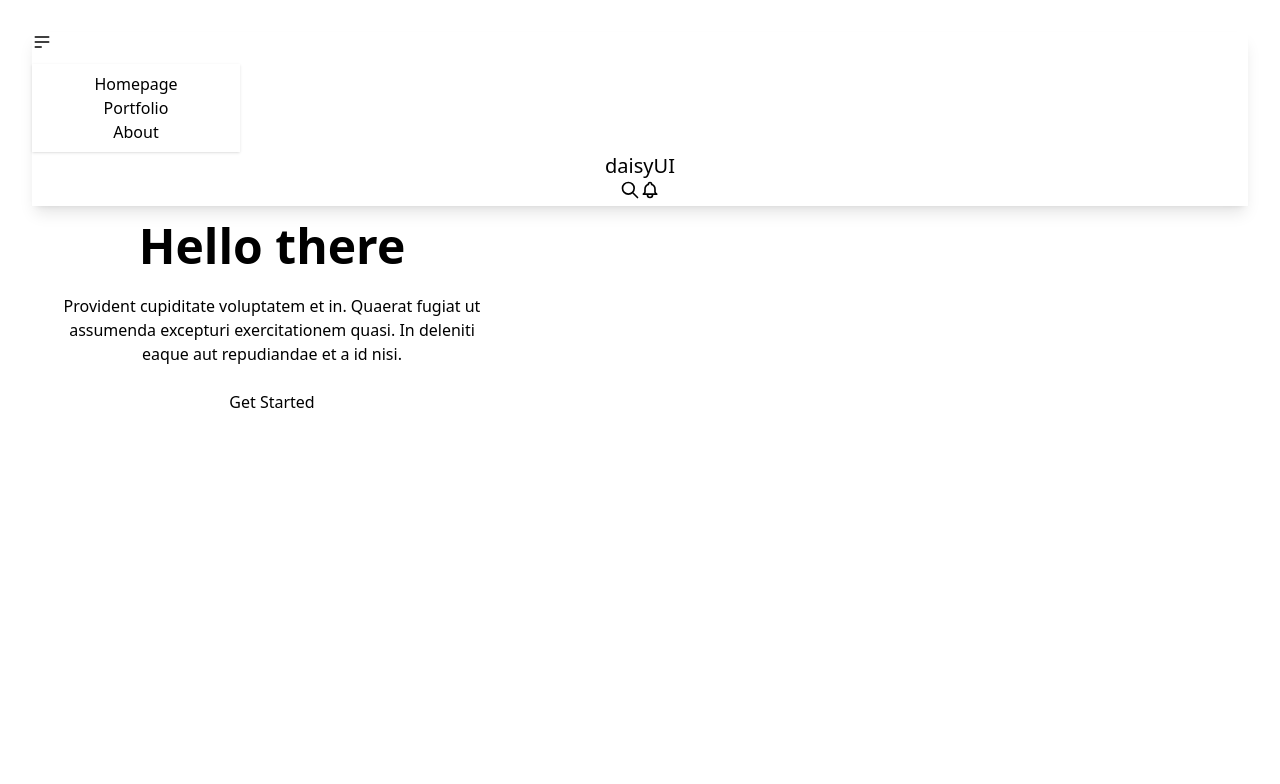
Repository: ROHIT8804/devTinderFrontEnd
Page: /login (app in devTinder-Web/)
These files come from the project's save history. The page is drawn as it stood at one moment and after the next save; the edit follows.
The browser window is 1280 px wide. The pictures show the whole page.
The project was rebuilt for these pictures with package versions that can differ from the ones it lists, and the page was loaded fresh each time. Also part of the build but not shown: devTinder-Web/vite.config.js.

Above is the page before, as saved 2025-07-25 11:45:14.

### devTinder-Web/src/App.jsx
import { useState } from 'react'
import './App.css'

function App() {
  const [count, setCount] = useState(0);

  return (
    <div className="min-h-screen bg-base-200">
      {/* Navigation Bar */}
      <div className="navbar bg-base-100 shadow-lg">
        <div className="navbar-start">
          <div className="dropdown">
            <div tabIndex={0} role="button" className="btn btn-ghost btn-circle">
              <svg
                xmlns="http://www.w3.org/2000/svg"
                className="h-5 w-5"
                fill="none"
                viewBox="0 0 24 24"
                stroke="currentColor"
              >
                <path
                  strokeLinecap="round"
                  strokeLinejoin="round"
                  strokeWidth="2"
                  d="M4 6h16M4 12h16M4 18h7"
                />
              </svg>
            </div>
            <ul
              tabIndex={0}
              className="menu menu-sm dropdown-content bg-base-100 rounded-box z-[1] mt-3 w-52 p-2 shadow"
            >
              <li><a>Homepage</a></li>
              <li><a>Portfolio</a></li>
              <li><a>About</a></li>
            </ul>
          </div>
        </div>

        <div className="navbar-center">
          <a className="btn btn-ghost text-xl">daisyUI</a>
        </div>

        <div className="navbar-end">
          <button className="btn btn-ghost btn-circle">
            <svg
              xmlns="http://www.w3.org/2000/svg"
              className="h-5 w-5"
              fill="none"
              viewBox="0 0 24 24"
              stroke="currentColor"
            >
              <path
                strokeLinecap="round"
                strokeLinejoin="round"
                strokeWidth="2"
                d="M21 21l-6-6m2-5a7 7 0 11-14 0 7 7 0 0114 0z"
              />
            </svg>
          </button>

          <button className="btn btn-ghost btn-circle">
            <div className="indicator">
              <svg
                xmlns="http://www.w3.org/2000/svg"
                className="h-5 w-5"
                fill="none"
                viewBox="0 0 24 24"
                stroke="currentColor"
              >
                <path
                  strokeLinecap="round"
                  strokeLinejoin="round"
                  strokeWidth="2"
                  d="M15 17h5l-1.405-1.405A2.032 2.032 0 0118 14.158V11a6.002 6.002 0 00-4-5.659V5a2 2 0 10-4 0v.341C7.67 6.165 6 8.388 6 11v3.159c0 .538-.214 1.055-.595 1.436L4 17h5m6 0v1a3 3 0 11-6 0v-1m6 0H9"
                />
              </svg>
              <span className="badge badge-xs badge-primary indicator-item"></span>
            </div>
          </button>
        </div>
      </div>

      {/* Main Content */}
      <div className="container mx-auto p-4">
        <div className="hero min-h-96 bg-base-100 rounded-lg">
          <div className="hero-content text-center">
            <div className="max-w-md">
              <h1 className="text-5xl font-bold">Hello there</h1>
              <p className="py-6">
                Provident cupiditate voluptatem et in. Quaerat fugiat ut assumenda excepturi exercitationem
                quasi. In deleniti eaque aut repudiandae et a id nisi.
              </p>
              <button className="btn btn-primary">Get Started</button>
            </div>
          </div>
        </div>
      </div>
    </div>
  );
}

export default App

### devTinder-Web/tailwind.config.js
/** @type {import('tailwindcss').Config} */
export default {
  content: [
    "./index.html",
    "./src/**/*.{js,ts,jsx,tsx}",
  ],
  theme: {
    extend: {},
  },
  plugins: [require("daisyui")],
  daisyui: {
    themes: ["light", "dark", "cupcake"],
    darkTheme: "light", // Set this to "light" for light theme default
    base: true,
    styled: true,
    utils: true,
  },
}

Loaded but not shown: devTinder-Web/index.html (common file); devTinder-Web/src/main.jsx (common file); devTinder-Web/src/index.css (common file); devTinder-Web/src/App.css (common file)

After the next save:
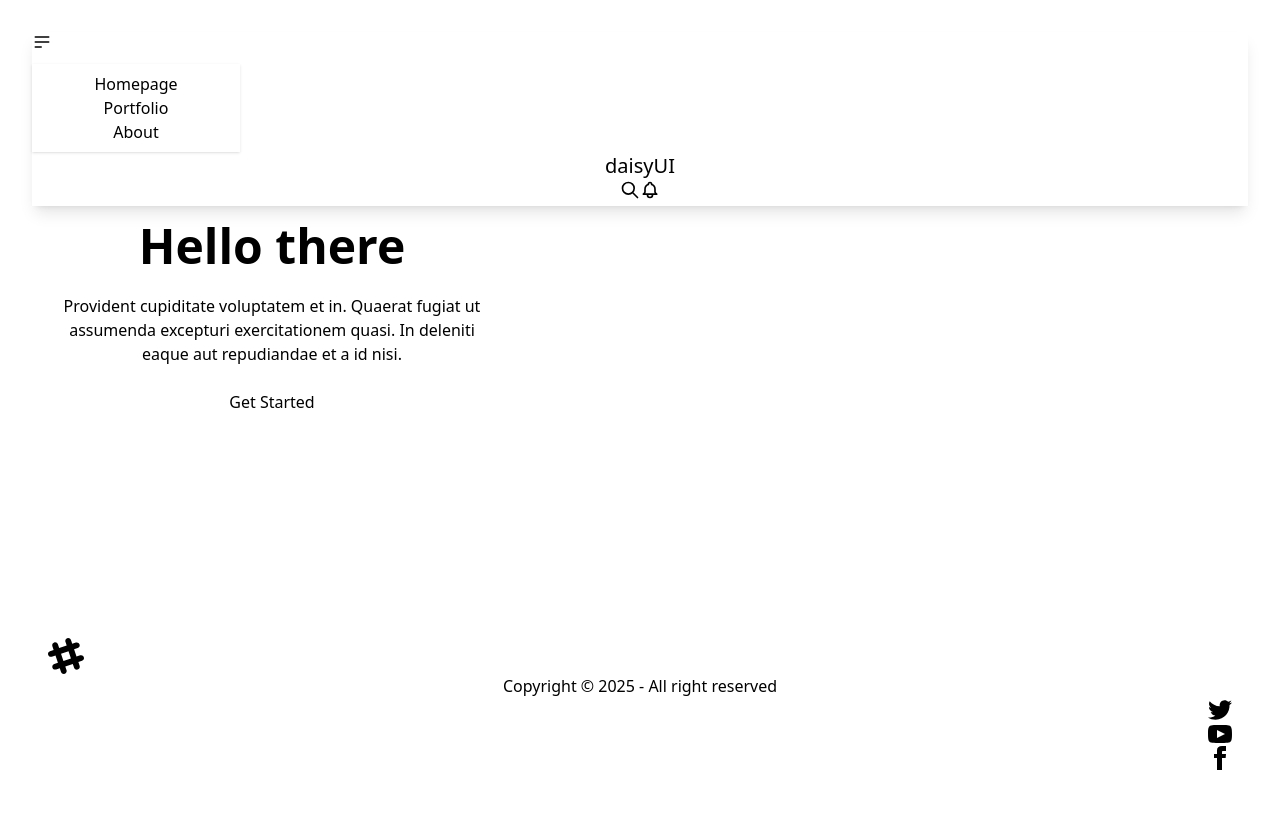
Saved 13 min 32 s later.
--- a/devTinder-Web/src/App.jsx
+++ b/devTinder-Web/src/App.jsx
@@ -1,5 +1,5 @@
-import { useState } from 'react'
-import './App.css'
+import { useState } from "react";
+import "./App.css";
 
 function App() {
   const [count, setCount] = useState(0);
@@ -10,7 +10,11 @@ function App() {
       <div className="navbar bg-base-100 shadow-lg">
         <div className="navbar-start">
           <div className="dropdown">
-            <div tabIndex={0} role="button" className="btn btn-ghost btn-circle">
+            <div
+              tabIndex={0}
+              role="button"
+              className="btn btn-ghost btn-circle"
+            >
               <svg
                 xmlns="http://www.w3.org/2000/svg"
                 className="h-5 w-5"
@@ -30,9 +34,15 @@ function App() {
               tabIndex={0}
               className="menu menu-sm dropdown-content bg-base-100 rounded-box z-[1] mt-3 w-52 p-2 shadow"
             >
-              <li><a>Homepage</a></li>
-              <li><a>Portfolio</a></li>
-              <li><a>About</a></li>
+              <li>
+                <a>Homepage</a>
+              </li>
+              <li>
+                <a>Portfolio</a>
+              </li>
+              <li>
+                <a>About</a>
+              </li>
             </ul>
           </div>
         </div>
@@ -88,16 +98,70 @@ function App() {
             <div className="max-w-md">
               <h1 className="text-5xl font-bold">Hello there</h1>
               <p className="py-6">
-                Provident cupiditate voluptatem et in. Quaerat fugiat ut assumenda excepturi exercitationem
-                quasi. In deleniti eaque aut repudiandae et a id nisi.
+                Provident cupiditate voluptatem et in. Quaerat fugiat ut
+                assumenda excepturi exercitationem quasi. In deleniti eaque aut
+                repudiandae et a id nisi.
               </p>
               <button className="btn btn-primary">Get Started</button>
             </div>
           </div>
         </div>
       </div>
+
+      {/* Footer */}
+      <footer className="footer sm:footer-horizontal bg-neutral text-neutral-content items-center p-4">
+        <aside className="grid-flow-col items-center">
+          <svg
+            width="36"
+            height="36"
+            viewBox="0 0 24 24"
+            xmlns="http://www.w3.org/2000/svg"
+            fillRule="evenodd"
+            clipRule="evenodd"
+            className="fill-current">
+            <path
+              d="M22.672 15.226l-2.432.811.841 2.515c.33 1.019-.209 2.127-1.23 2.456-1.15.325-2.148-.321-2.463-1.226l-.84-2.518-5.013 1.677.84 2.517c.391 1.203-.434 2.542-1.831 2.542-.88 0-1.601-.564-1.86-1.314l-.842-2.516-2.431.809c-1.135.328-2.145-.317-2.463-1.229-.329-1.018.211-2.127 1.231-2.456l2.432-.809-1.621-4.823-2.432.808c-1.355.384-2.558-.59-2.558-1.839 0-.817.509-1.582 1.327-1.846l2.433-.809-.842-2.515c-.33-1.02.211-2.129 1.232-2.458 1.02-.329 2.13.209 2.461 1.229l.842 2.515 5.011-1.677-.839-2.517c-.403-1.238.484-2.553 1.843-2.553.819 0 1.585.509 1.85 1.326l.841 2.517 2.431-.81c1.02-.33 2.131.211 2.461 1.229.332 1.018-.21 2.126-1.23 2.456l-2.433.809 1.622 4.823 2.433-.809c1.242-.401 2.557.484 2.557 1.838 0 .819-.51 1.583-1.328 1.847m-8.992-6.428l-5.01 1.675 1.619 4.828 5.011-1.674-1.62-4.829z"></path>
+          </svg>
+          <p>Copyright © {new Date().getFullYear()} - All right reserved</p>
+        </aside>
+        <nav className="grid-flow-col gap-4 md:place-self-center md:justify-self-end">
+          <a>
+            <svg
+              xmlns="http://www.w3.org/2000/svg"
+              width="24"
+              height="24"
+              viewBox="0 0 24 24"
+              className="fill-current">
+              <path
+                d="M24 4.557c-.883.392-1.832.656-2.828.775 1.017-.609 1.798-1.574 2.165-2.724-.951.564-2.005.974-3.127 1.195-.897-.957-2.178-1.555-3.594-1.555-3.179 0-5.515 2.966-4.797 6.045-4.091-.205-7.719-2.165-10.148-5.144-1.29 2.213-.669 5.108 1.523 6.574-.806-.026-1.566-.247-2.229-.616-.054 2.281 1.581 4.415 3.949 4.89-.693.188-1.452.232-2.224.084.626 1.956 2.444 3.379 4.6 3.419-2.07 1.623-4.678 2.348-7.29 2.04 2.179 1.397 4.768 2.212 7.548 2.212 9.142 0 14.307-7.721 13.995-14.646.962-.695 1.797-1.562 2.457-2.549z"></path>
+            </svg>
+          </a>
+          <a>
+            <svg
+              xmlns="http://www.w3.org/2000/svg"
+              width="24"
+              height="24"
+              viewBox="0 0 24 24"
+              className="fill-current">
+              <path
+                d="M19.615 3.184c-3.604-.246-11.631-.245-15.23 0-3.897.266-4.356 2.62-4.385 8.816.029 6.185.484 8.549 4.385 8.816 3.6.245 11.626.246 15.23 0 3.897-.266 4.356-2.62 4.385-8.816-.029-6.185-.484-8.549-4.385-8.816zm-10.615 12.816v-8l8 3.993-8 4.007z"></path>
+            </svg>
+          </a>
+          <a>
+            <svg
+              xmlns="http://www.w3.org/2000/svg"
+              width="24"
+              height="24"
+              viewBox="0 0 24 24"
+              className="fill-current">
+              <path
+                d="M9 8h-3v4h3v12h5v-12h3.642l.358-4h-4v-1.667c0-.955.192-1.333 1.115-1.333h2.885v-5h-3.808c-3.596 0-5.192 1.583-5.192 4.615v3.385z"></path>
+            </svg>
+          </a>
+        </nav>
+      </footer>
     </div>
   );
 }
 
-export default App
+export default App;
